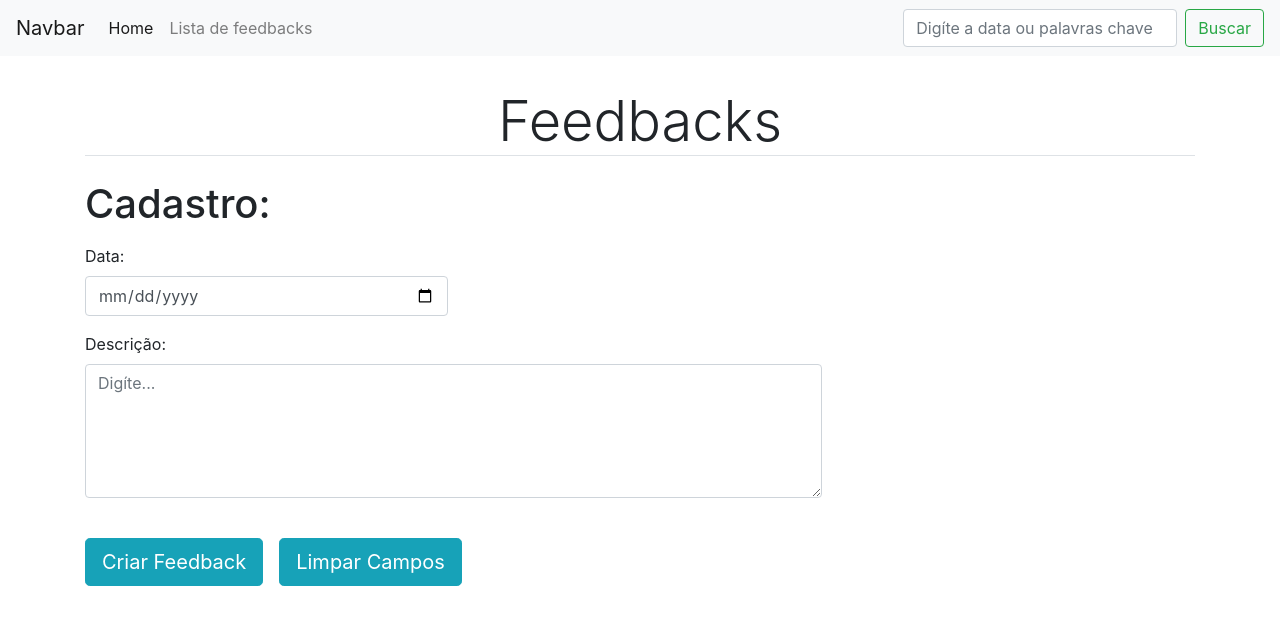
Repository: JulioSantooz/maisViagensSegundaVersao
Page: java-web(eclipse)/java-crud-mais-viagens/src/main/webapp/feedback.html
An editor plug-in stored every save of this project. The page is shown before and after the next save, followed by the edit.
The browser window is 1280 px wide. The pictures show the whole page.
Some web libraries are served in a nearby version.

Above is the page before, as saved 2022-02-07 16:07:55.

After the next save:
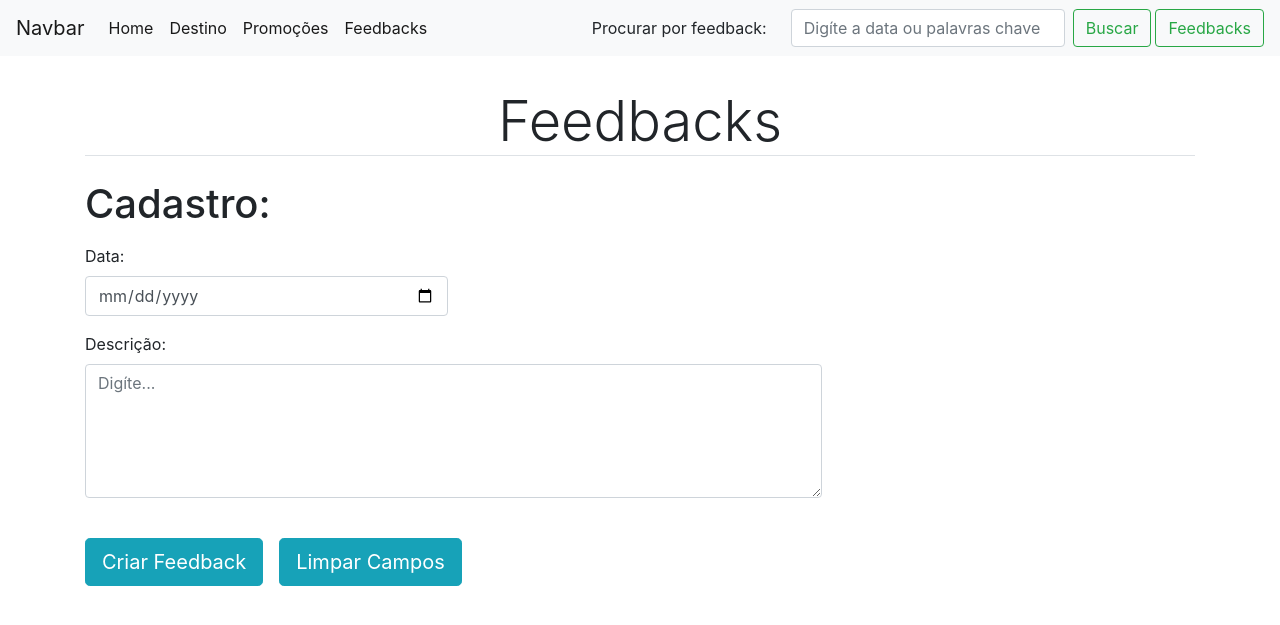
Saved 18 min 25 s later.
--- a/java-web(eclipse)/java-crud-mais-viagens/src/main/webapp/feedback.html
+++ b/java-web(eclipse)/java-crud-mais-viagens/src/main/webapp/feedback.html
@@ -18,13 +18,21 @@
       <li class="nav-item active">
         <a class="nav-link" href="index.html">Home <span class="sr-only">(current)</span></a>
       </li>
-      <li class="nav-item">
-        <a class="nav-link" href="CreateAndFind">Lista de feedbacks</a>
+      <li class="nav-item active">
+        <a class="nav-link" href="destino.html">Destino <span class="sr-only">(current)</span></a>
+      </li>
+      <li class="nav-item active">
+        <a class="nav-link" href="promocao.html">Promoções <span class="sr-only">(current)</span></a>
+      </li>
+      <li class="nav-item active">
+        <a class="nav-link" href="feedback.html">Feedbacks <span class="sr-only">(current)</span></a>
       </li>
     </ul>
     <form action="CreateAndFind" method="GET" class="form-inline my-2 my-lg-0">
+      <span class="mr-4">Procurar por feedback:</span>
       <input name="pesquisa" class="form-control mr-sm-2" type="search" placeholder="Digíte a data ou palavras chave" aria-label="Search">
       <button class="btn btn-outline-success my-2 my-sm-0" type="submit">Buscar</button>
+      <button class="btn btn-outline-success my-2 my-sm-0 ml-1" type="submit">Feedbacks</button>
     </form>
   </div>
 </nav>
